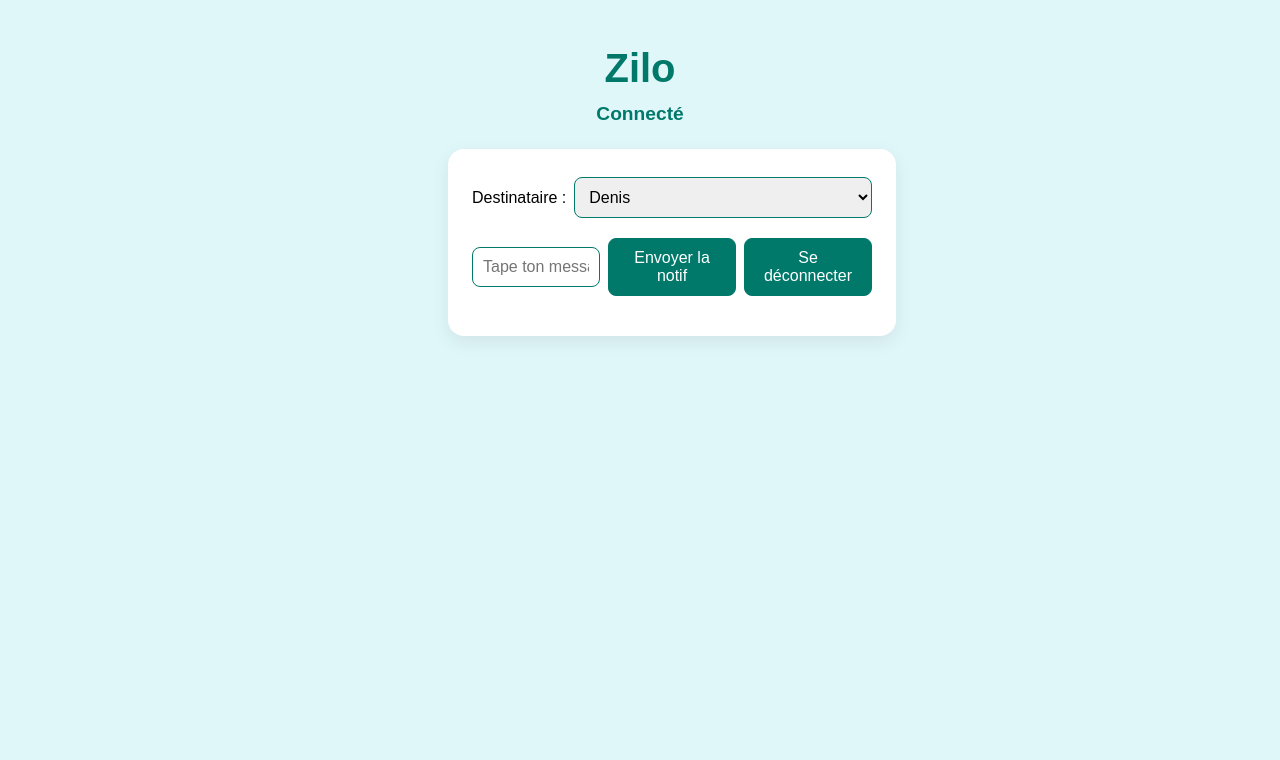
Repository: nlagardere/LumoNet
Page: public/index.html
These files come from the project's save history. The page is drawn as it stood at one moment and after the next save; the edit follows.
The browser window is 1280 px wide. The pictures show the whole page.

Above is the page before, as saved 2025-08-18 20:25:16.

### public/index.html
<!DOCTYPE html>
<html lang="fr">
<head>
  <meta charset="UTF-8" />
  <meta name="viewport" content="width=device-width, initial-scale=1.0" />
  <title>Zilo</title>
  <style>
    body {
      font-family: Arial, sans-serif;
      margin:0;
      padding:0;
      min-height:100vh;
      background:#e0f7fa;
      display:flex;
      flex-direction:column;
      align-items:center;
      padding-top:40px; /* espace en haut pour le header */
    }

    h1, h2 {
      color:#00796b;
      margin:6px 0;
      text-align:center;
    }

    h1 {
      font-size:2.5em;
    }

    h2 {
      font-size:1.2em;
      margin-bottom:24px;
    }

    .card {
      background:#fff;
      padding:24px;
      border-radius:16px;
      box-shadow:0 6px 18px rgba(0,0,0,0.08);
      width:90%;
      max-width:400px;
      display:flex;
      flex-direction:column;
      align-items:center;
      margin-left: 5%;
    }

    .row {
      display:flex;
      gap:8px;
      flex-wrap:wrap;
      align-items:center;
      justify-content:center;
      width:100%;
      margin-bottom:12px;
    }

    select, input, button {
      margin:4px 0;
      padding:10px;
      font-size:16px;
      border-radius:8px;
      border:1px solid #00796b;
      flex:1;
      min-width:100px;
    }

    button {
      background:#00796b;
      color:#fff;
      cursor:pointer;
      transition: background 0.3s;
    }

    button:hover {
      background:#004d40;
    }

    @media (max-width: 500px) {
      h1 { font-size:2em; }
      h2 { font-size:1em; }
      input, select, button { font-size:14px; padding:8px; }
    }
  </style>
</head>
<body>
  <h1>Zilo</h1>
  <h2 id="welcome">Connecté</h2>

  <div class="card">
    <div class="row">
      <label for="recipient">Destinataire :</label>
      <select id="recipient">
        <option value="denis">Denis</option>
        <option value="nathan">Nathan</option>
      </select>
    </div>

    <div class="row">
      <input id="message" type="text" placeholder="Tape ton message ici !" />
      <button id="send">Envoyer la notif</button>
      <button id="logout">Se déconnecter</button>
    </div>
  </div>

  <script>
    const messageInput = document.getElementById('message');

    async function send(){
      const recipient = document.getElementById('recipient').value;
      const message = messageInput.value.trim();
      if(!message){ alert('Écris un message !'); return; }

      const res = await fetch('/api/send', {
        method:'POST', headers:{'Content-Type':'application/json'},
        body: JSON.stringify({ recipient, message })
      });
      const data = await res.json();
      if(data.ok){
        messageInput.value = '';
        alert('Notification envoyée !');
      } else {
        if(res.status === 401){
          window.location.href = '/login.html';
        } else {
          alert('Erreur : ' + (data.error||'inconnue'));
        }
      }
    }

    async function logout(){
      await fetch('/api/logout');
      window.location.href = '/login.html';
    }

    document.getElementById('send').addEventListener('click', send);
    document.getElementById('logout').addEventListener('click', logout);
    messageInput.addEventListener('keydown', e => { if(e.key==='Enter') send(); });
  </script>
</body>
</html>

After the next save:
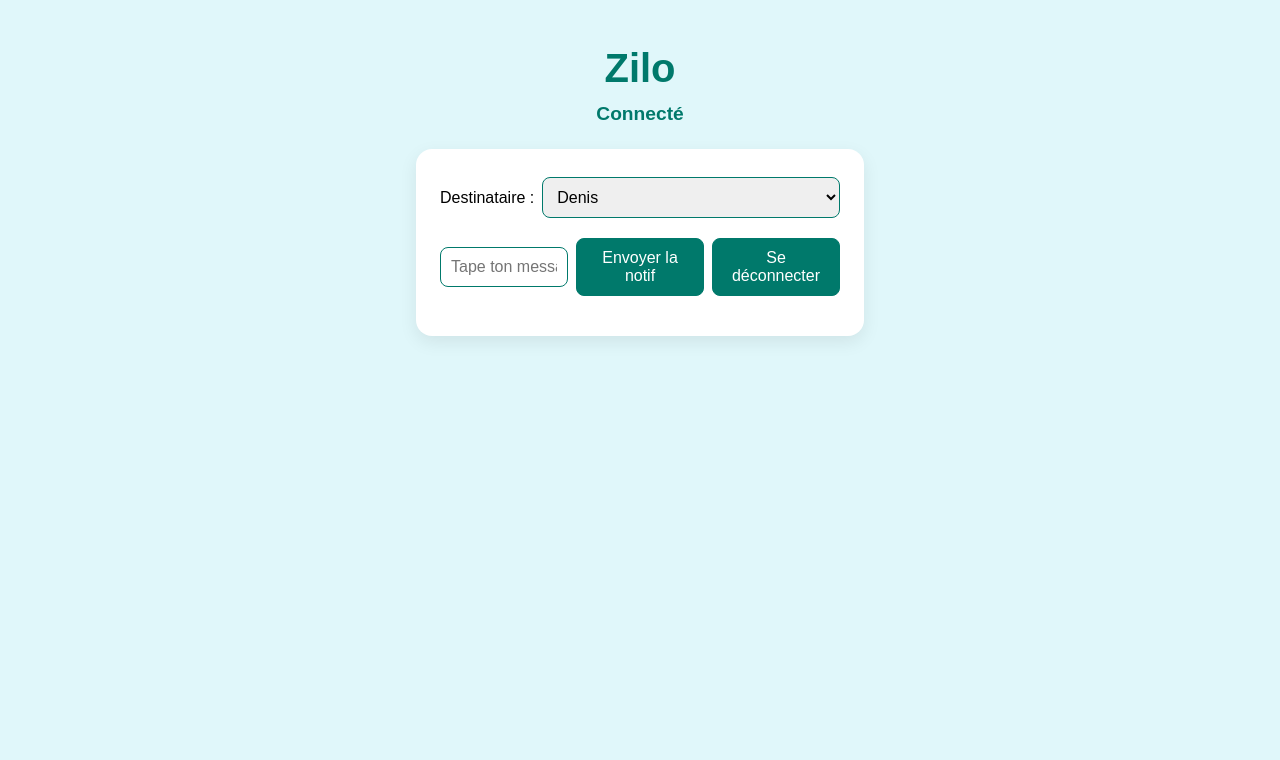
Saved 5 s later.
--- a/public/index.html
+++ b/public/index.html
@@ -43,6 +43,7 @@
       flex-direction:column;
       align-items:center;
       margin-left: 5%;
+      margin-right: 5%;
     }
 
     .row {
